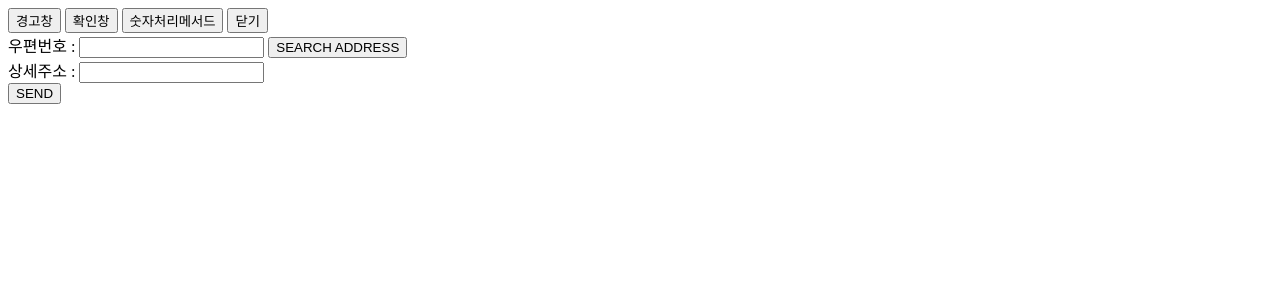
Repository: insunkang/JSP
Page: clientweb/WebContent/js_bom/js_window_test01.html
An editor plug-in stored every save of this project. The page is shown before and after the next save, followed by the edit.
The browser window is 1280 px wide. The pictures show the whole page.

Above is the page before, as saved 2020-01-08 04:47:13.

### clientweb/WebContent/js_bom/js_window_test01.html
<!DOCTYPE html>
<html>
<head>
<meta charset="EUC-KR">
<title>Insert title here</title>
	<script type="text/javascript">
		//window.confirm, window.alert
		function testConfirm(){
			result = window.confirm("정말 삭제할거야?");0
			//window.alert(result);
			if(result){
				alert("실제 db에서 삭제 수행하기")
			}else{
				alert("삭제 취소");
			}
		}
		//window.open, window.close
		function searchAddress() {
			window.open("js_popup.html","mywin",
					"width=300,height=300,top=100");
		}
	</script>
</head>
<body>
	<button onClick="window.alert('경고창')">경고창</button>
	<button onClick="testConfirm()">확인창</button>
	<button onClick="test_number()">숫자처리메서드</button>
	<button onClick="window.close()">닫기</button>

	<form action="" name="sds">
		우편번호 : <input type="text" name="zipcode"	>
		<input type="button" value="SEARCH ADDRESS" onClick="searchAddress()">
		<br>

		상세주소 : <input type="text" name="address"><br>
		<input type="submit" value="SEND">
	</form>
</body>
</html>

After the next save:
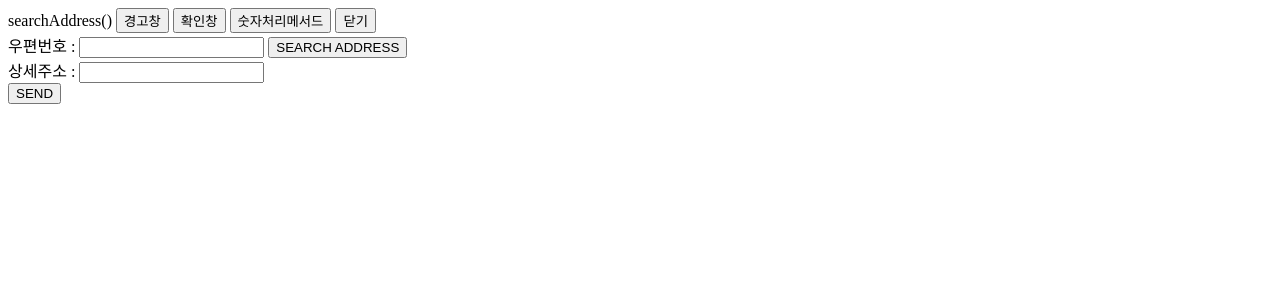
Saved 46 s later.
--- a/clientweb/WebContent/js_bom/js_window_test01.html
+++ b/clientweb/WebContent/js_bom/js_window_test01.html
@@ -22,6 +22,7 @@
 	</script>
 </head>
 <body>
+	searchAddress()
 	<button onClick="window.alert('경고창')">경고창</button>
 	<button onClick="testConfirm()">확인창</button>
 	<button onClick="test_number()">숫자처리메서드</button>

After the save that followed:
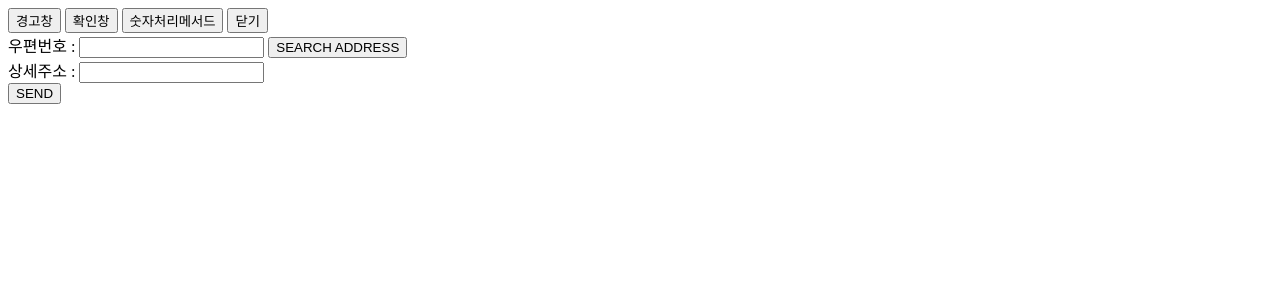
Saved 15 s later.
--- a/clientweb/WebContent/js_bom/js_window_test01.html
+++ b/clientweb/WebContent/js_bom/js_window_test01.html
@@ -22,12 +22,14 @@
 	</script>
 </head>
 <body>
-	searchAddress()
+
 	<button onClick="window.alert('경고창')">경고창</button>
 	<button onClick="testConfirm()">확인창</button>
 	<button onClick="test_number()">숫자처리메서드</button>
 	<button onClick="window.close()">닫기</button>
-
+	<script type="text/javascript">
+	searchAddress()
+	</script>
 	<form action="" name="sds">
 		우편번호 : <input type="text" name="zipcode"	>
 		<input type="button" value="SEARCH ADDRESS" onClick="searchAddress()">
